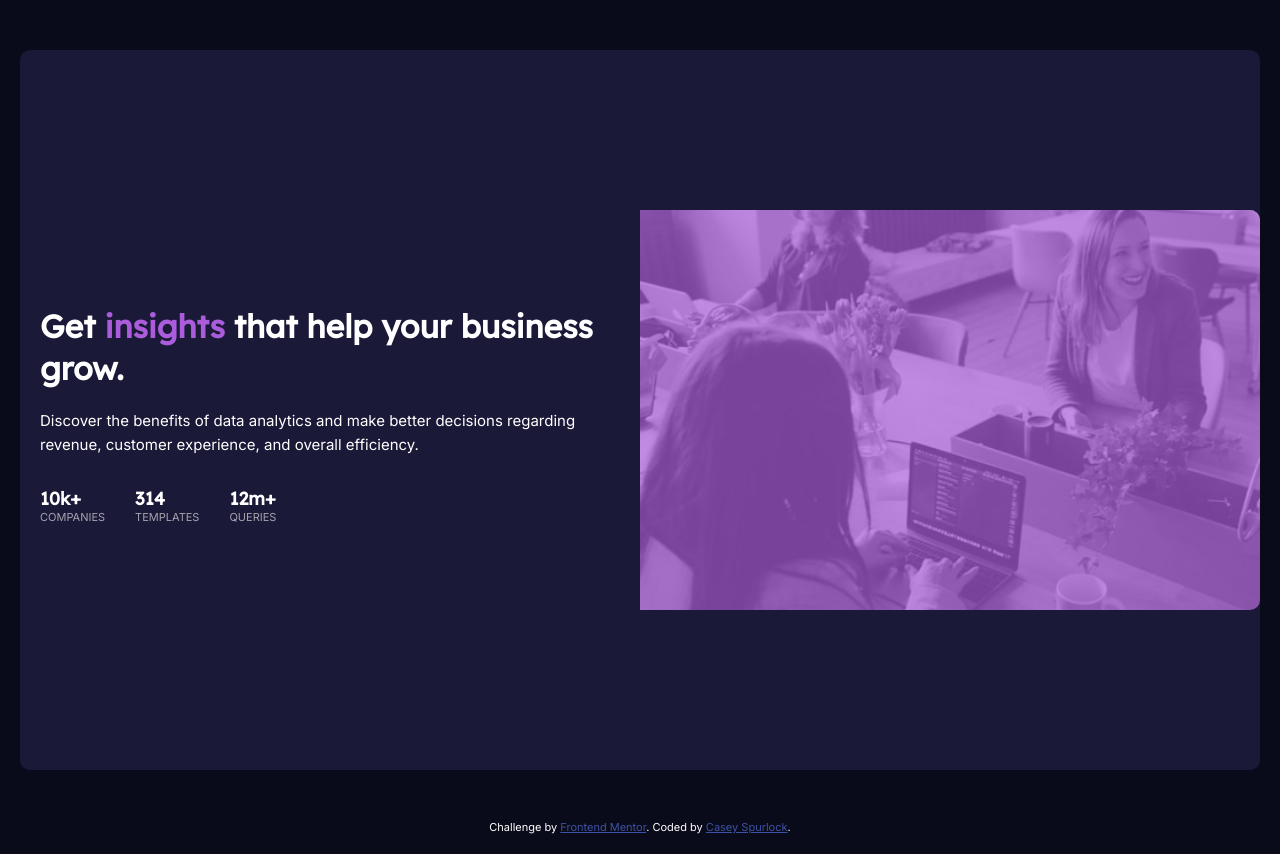
Repository: CaseySpurlock/stats-prewiew-component
Page: index.html
The author's editor kept a copy of each file at every save. The page is drawn from the files as they stood at one save, then again after the next save.
The browser window is 1280 px wide. The pictures show the whole page.

Above is the page before, as saved 2021-06-22 12:32:32.

### index.html
<!DOCTYPE html>
<html lang="en">
<head>
  <meta charset="UTF-8">
  <meta name="viewport" content="width=device-width, initial-scale=1.0"> <!-- displays site properly based on user's device -->

  <link rel="icon" type="image/png" sizes="32x32" href="./images/favicon-32x32.png">

  <title>Frontend Mentor | Stats preview card component</title>

  <link rel="stylesheet" href="styles.css">
  <link rel="preconnect" href="https://fonts.googleapis.com">
  <link rel="preconnect" href="https://fonts.gstatic.com" crossorigin>
  <link href="https://fonts.googleapis.com/css2?family=Inter:wght@400;700&family=Lexend+Deca&display=swap" rel="stylesheet">

</head>

<body>

  <div class="container">
    <div class="card picture">
      <div class="overlay"></div>
    </div>
      <div class="card">
        <h1>Get <span>insights</span> that help your business grow.</h1>
      <p>Discover the benefits of data analytics and make better decisions regarding revenue, customer
        experience, and overall efficiency.</p>
        <ul>
          <li><span>10k+</span> companies</li>
          <li><span>314</span> templates</li>
          <li><span>12m+ </span> queries</li>
      </div>
      </div>








  <div class="attribution">
    Challenge by <a href="https://www.frontendmentor.io?ref=challenge" target="_blank">Frontend Mentor</a>.
    Coded by <a href="#">Casey Spurlock</a>.
  </div>
</body>
</html>

### styles.css
:root {
    --Very-dark-blue: hsl(233, 47%, 7%);
    --Dark-desaturated-blue: hsl(244, 38%, 16%);
    --Soft-violet: hsl(277, 64%, 61%);
    --White: hsl(0, 0%, 100%);
    --Slightly-transparent -white: hsla(0, 0%, 100%, 0.75);
    --Slightly-transparent-white: hsla(0, 0%, 100%, 0.6);
}

* {
    margin: 0;
    padding: 0;
    box-sizing: border-box;
}

img {
    max-width: 100%;
}

ul {
    list-style-type: none;
}

body {
    font-family: "Inter", sans-serif;
    background-color: var(--Very-dark-blue);
}

p {
    font-size: 15px;
    line-height: 1.6;
}

.container {
    background-color: var(--Dark-desaturated-blue);
    color: var(--White);
    margin: 50px 20px;
    padding: 0 0 20px;
    border-radius: 10px;
    text-align: center;
}

.container .picture  {
    background: url(./images/image-header-mobile.jpg)
    no-repeat center/cover;
    height: 400px;
    min-width: 50%;
    border-radius: 10px 10px 0 0;
}

.container .picture .overlay {
    background-color: hsl(277, 64%, 61%, .7);
    height: 400px;
    border-radius: 10px 10px 0 0;
}

.container .card p {
    padding: 0 20px;
    margin-bottom: 30px;
}

.container .card h1 {
    margin: 30px 0 20px;
    padding: 0 20px;
    line-height: 1.3;
    font-family: "lexend deca", sans-serif;
}

.container .card h1 span {
    color: var(--Soft-violet);
}

.container .card ul li {
    margin-bottom: 20px;
    text-transform: uppercase;
    color: hsla(0, 0%, 100%, 0.6);
}

.container .card ul li span {
    color: var(--White);
    display: block;
    text-transform: lowercase;
    font-weight: 700;
    font-family: "lexend deca", sans-serif;
}

.container .card ul {
    padding-left: 20px;
    display: flex;
}

.attribution {
    font-size: 11px;
    text-align: center;
    color: white;
    padding-bottom: 20px;
}
.attribution a {
    color: hsl(228, 45%, 44%);
}

@media (min-width: 768px) {
    .container {
        display: flex;
        flex-direction: row-reverse;
        align-items: center;
        justify-content: center;
        padding: 0;
        text-align: left;
    }

    .container .picture {
        background: url(./images/image-header-desktop.jpg) no-repeat center/cover;
        min-width: 50%;
        border-radius: 0 10px 10px 0;
    }

    .container .picture .overlay {
        background-color: hsl(277, 64%, 61%, .7);
        height: 400px;
        border-radius: 0 10px 10px 0;
    }

    .container .card ul li {

        margin-right: 30px;
        font-size: 11px;
    }

    .container .card ul li span {
        display: block;
        text-transform: lowercase;
        font-weight: 700;
        font-family: "lexend deca", sans-serif;
        font-size: 18px;
    }
}

@media (min-width: 992px) {
    .container {
        min-height: 100vh;
    }
}

After the next save:
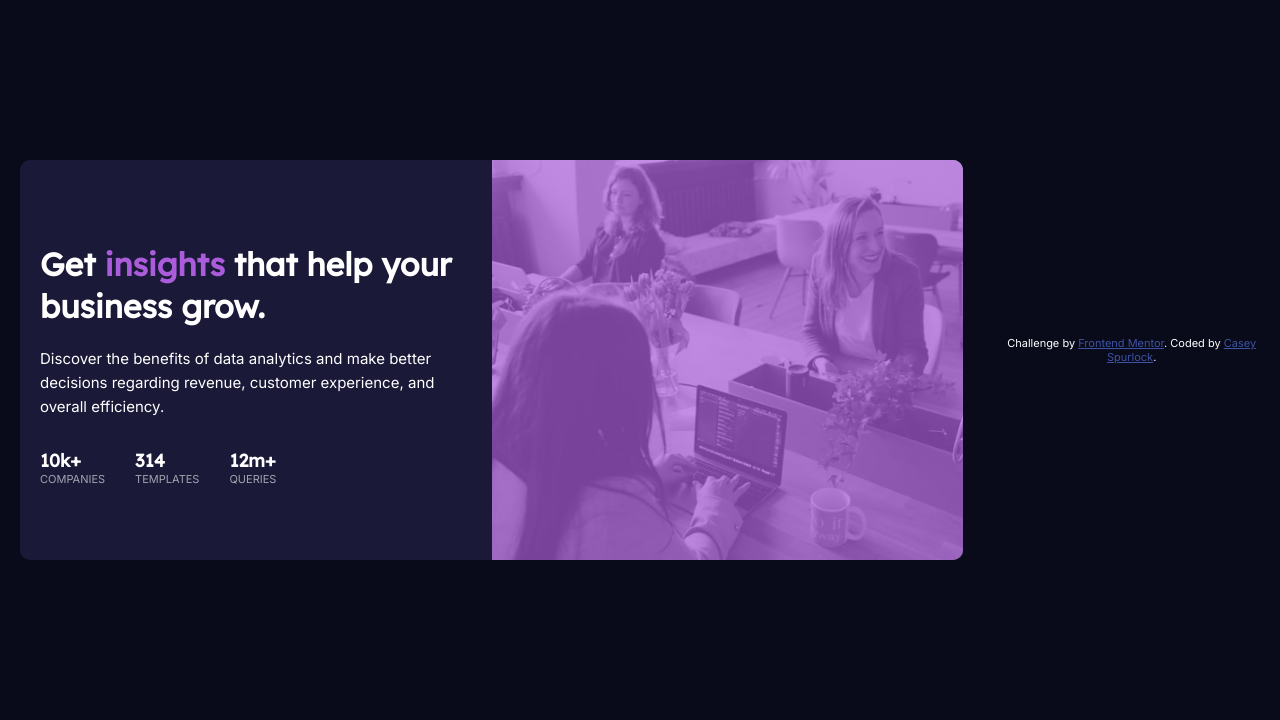
Saved 80 s later.
--- a/styles.css
+++ b/styles.css
@@ -137,7 +137,14 @@
 }
 
 @media (min-width: 992px) {
-    .container {
+    body {
+        display: flex;
+        align-items: center;
+        justify-content: center;
         min-height: 100vh;
     }
+
+    .container {
+
+    }
 }
